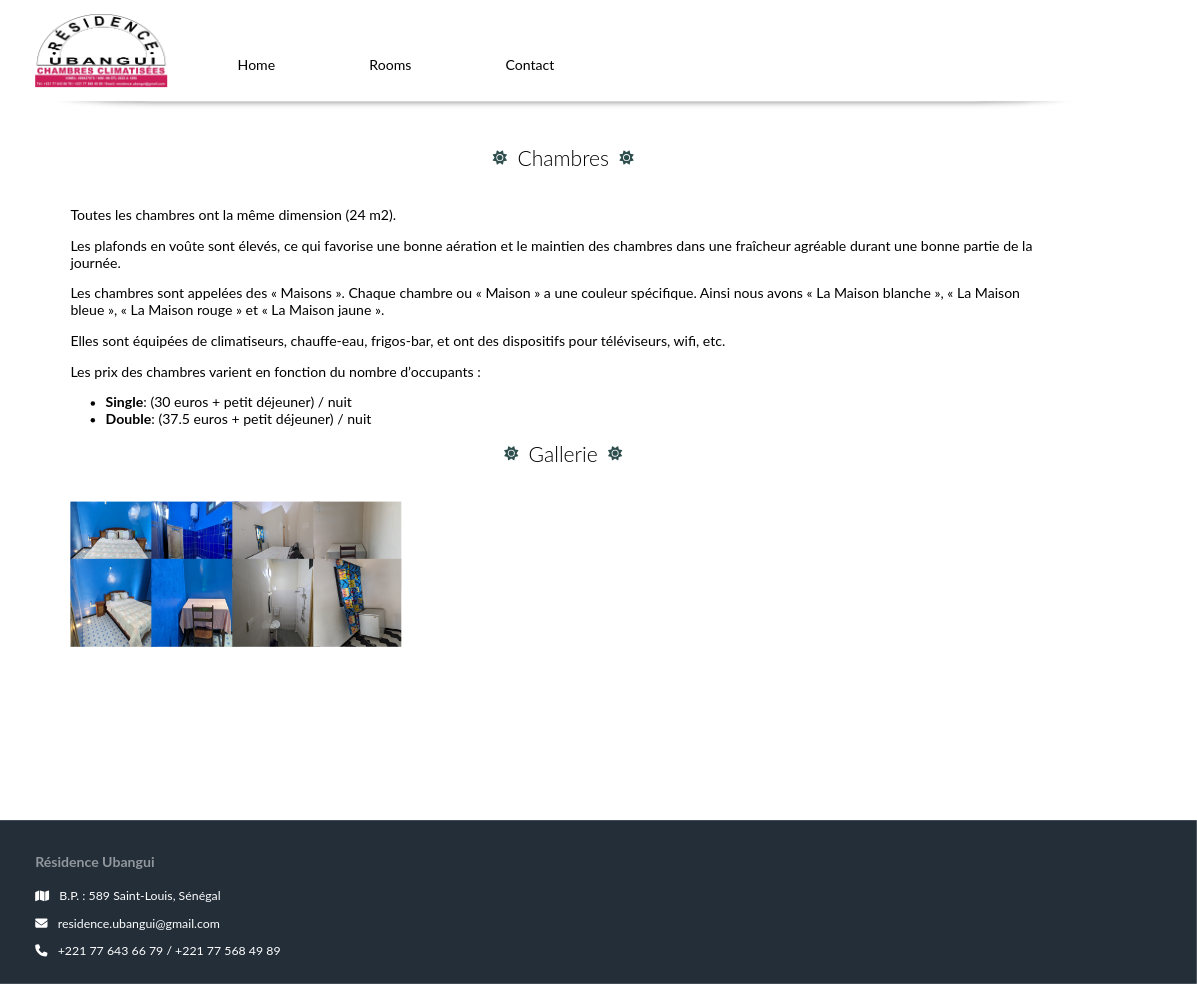
Repository: Nedjim/ubangui
Page: /rooms
An editor plug-in stored every save of this project. The page is shown before and after a run of saves, followed by the edit.
The browser window is 1280 px wide. The page is 1360 px wide, so the pictures cover 1360 px, including what lies to the right of the window. The pictures show the whole page, at 88% of full size.
The project was rebuilt for these pictures with package versions that can differ from the ones it lists, and the page was loaded fresh each time. The framework's server and built-in components were replaced by stand-ins that run in the browser. Also part of the build but not shown: nuxt.config.ts, components/Carousel.vue, components/Test.vue, components/Title.vue.

Above is the page before, as saved 2024-01-14 14:04:09.

After the next 2 saves:
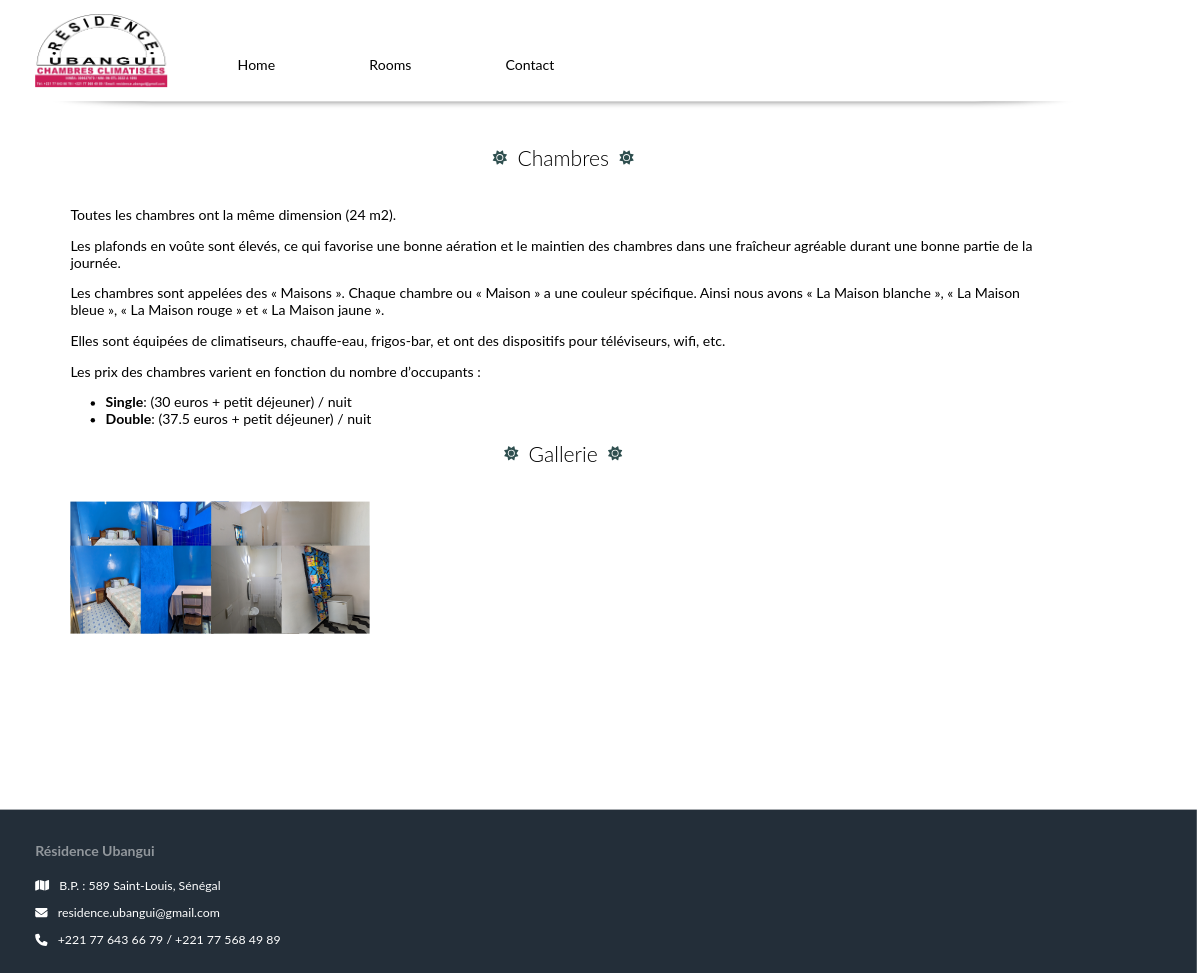
The 2 saves are shown as one change because they came seconds apart.
The last was saved 2 min 0 s later.
--- a/pages/rooms.vue
+++ b/pages/rooms.vue
@@ -77,9 +77,7 @@
     .gallery {
       display: grid;
       grid: repeat(2, 25%) / auto-flow 80px;
-      grid-gap: 12px;
       margin-top: 40px;
-      width: 100%;
 
       img {
         width: 100px;
